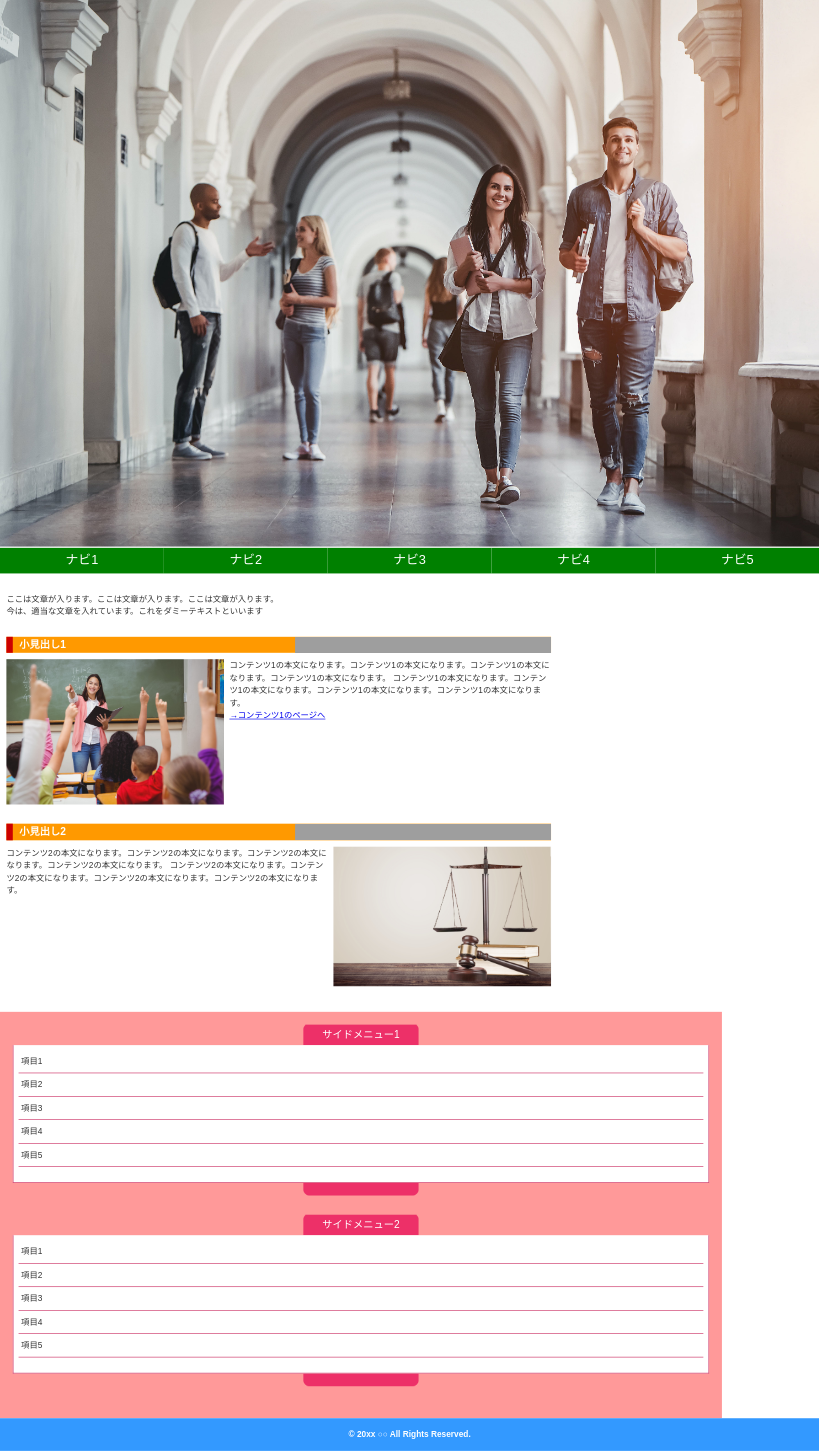
Repository: Soto-Iwaki/samurai_HTML-CSS
Page: home.html
The author's editor kept a record of every edit. The page is drawn from the files as they stood at one moment, then again after the next edit.
The browser window is 1280 px wide. The pictures show the whole page, at 64% of full size.
Pictures or frames that could not be fetched are drawn as grey boxes.

Above is the page before.

After the next edit:
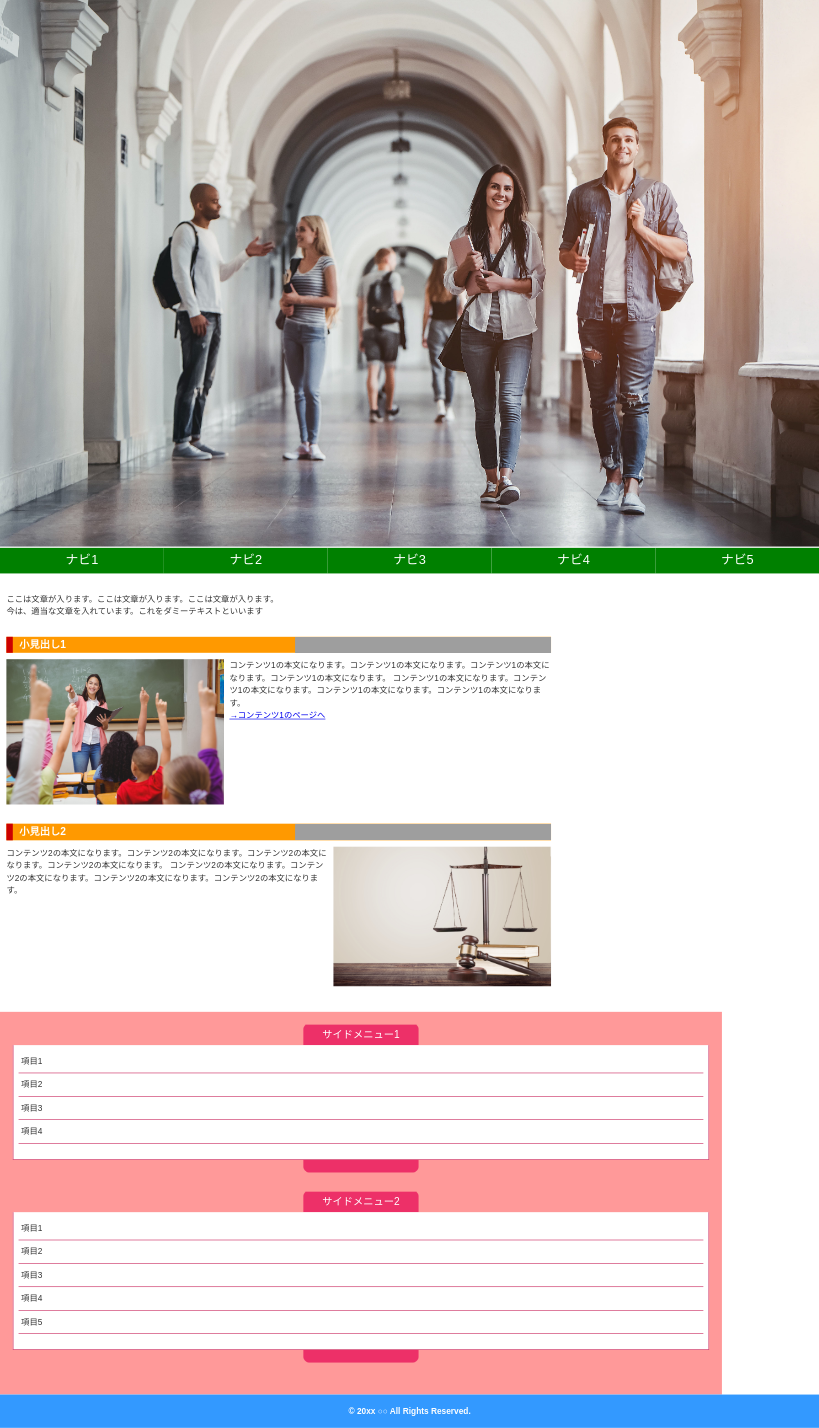
The edit:
--- a/home.html
+++ b/home.html
@@ -52,7 +52,6 @@
                             <li>項目2</li>
                             <li>項目3</li>
                             <li>項目4</li>
-                            <li>項目5</li>
                         </ul>
                     </div>
                 </div>
